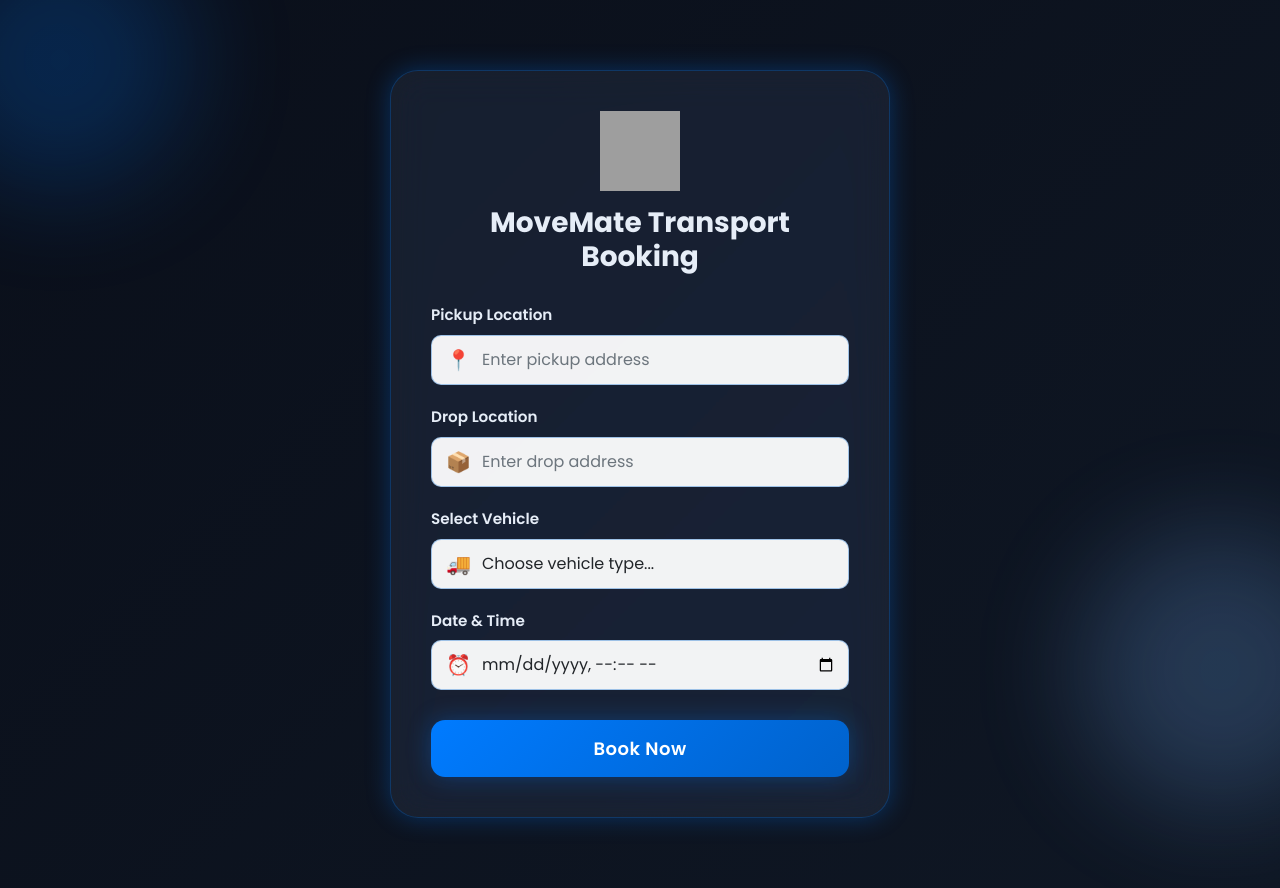
Repository: MoveMate7018/Slokdhorda7014
Page: booking.html
An editor plug-in stored every save of this project. The page is shown before and after the next save, followed by the edit.
The browser window is 1280 px wide. The pictures show the whole page.
Pictures or frames that could not be fetched are drawn as grey boxes.

Above is the page before, as saved 2025-11-19 10:18:54.

### booking.html
<!DOCTYPE html>
<html lang="en">
<head>
  <meta charset="UTF-8" />
  <meta name="viewport" content="width=device-width, initial-scale=1.0" />
  <title>MoveMate - Booking</title>
  <link href="https://cdn.jsdelivr.net/npm/bootstrap@5.0.2/dist/css/bootstrap.min.css" rel="stylesheet" integrity="sha384-EVSTQN3/azprG1Anm3QDgpJLIm9Nao0Yz1ztcQTwFspd3yD65VohhpuuCOmLASjC" crossorigin="anonymous">
  <link href="https://fonts.googleapis.com/css2?family=Poppins:wght@300;400;500;600;700;800&display=swap" rel="stylesheet">
  <style>
    body {
      margin: 0;
      font-family: 'Poppins', sans-serif;
      background: linear-gradient(135deg, #0a0f1a, #0f1724);
      min-height: 100vh;
      overflow-x: hidden;
      position: relative;
      padding: 20px 0;
    }

    .booking-container{
      max-width: 500px;
      width: 100%;
      background: rgba(255, 255, 255, 0.06);
      backdrop-filter: blur(18px) saturate(160%);
      padding: 40px;
      border-radius: 28px;
      border: 1px solid rgba(0, 102, 204, 0.35);
      box-shadow: 0 0 25px rgba(0, 123, 255, 0.3);
      animation: pop 0.4s ease-out forwards;
      margin: 50px auto;
    }

    @keyframes pop {
      from { transform: scale(0.92); opacity: 0; }
      to { transform: scale(1); opacity: 1; }
    }

    .booking-header {
      text-align: center;
      margin-bottom: 30px;
    }

    .booking-header img {
      width: 80px;
      height: 80px;
      margin-bottom: 15px;
    }

    .booking-header h2 {
      color: #e6edf7;
      font-size: 1.75rem;
      font-weight: 700;
      margin-bottom: 0;
    }

    .form-label {
      font-weight: 600;
      color: #e6edf7;
      margin-bottom: 8px;
      font-size: 0.95rem;
    }

    .input-wrapper {
      position: relative;
      margin-bottom: 20px;
    }

    .input-icon {
      position: absolute;
      top: 50%;
      left: 15px;
      transform: translateY(-50%);
      font-size: 20px;
      z-index: 10;
    }

    .form-control,
    .form-select {
      height: 50px;
      padding-left: 50px;
      border-radius: 10px;
      border: 1.5px solid rgba(0,102,204,0.35);
      background: rgba(255, 255, 255, 0.95);
      font-size: 16px;
      transition: all 0.3s ease;
    }

    .form-control:focus,
    .form-select:focus {
      border-color: #007bff;
      box-shadow: 0 0 0 0.2rem rgba(0, 123, 255, 0.25);
      background: white;
    }

    .btn-booking {
      width: 100%;
      padding: 15px;
      background: linear-gradient(135deg, #007bff, #0062cc);
      color: white;
      border: none;
      border-radius: 14px;
      font-size: 18px;
      font-weight: 600;
      cursor: pointer;
      box-shadow: 0 0 25px rgba(0, 123, 255, 0.3);
      letter-spacing: 0.5px;
      transition: all 0.3s ease;
      margin-top: 10px;
    }

    .btn-booking:hover {
      background: linear-gradient(135deg, #0062cc, #174783);
      transform: translateY(-2px);
      box-shadow: 0 5px 30px rgba(0, 123, 255, 0.5);
    }

    .shape {
      position: fixed;
      border-radius: 50%;
      filter: blur(55px);
      opacity: 0.55;
      pointer-events: none;
    }

    .shape1 {
      width: 260px;
      height: 260px;
      background: rgba(0, 123, 255, 0.40);
      top: -70px;
      left: -70px;
    }

    .shape2 {
      width: 280px;
      height: 280px;
      background: rgba(120, 180, 255, 0.40);
      bottom: -90px;
      right: -80px;
    }

    /* Responsive adjustments */
    @media (max-width: 768px) {
      .booking-container {
        padding: 30px 25px;
        margin: 30px 15px;
      }

      .booking-header h2 {
        font-size: 1.5rem;
      }

      .booking-header img {
        width: 70px;
        height: 70px;
      }

      .form-control,
      .form-select {
        height: 48px;
        font-size: 15px;
      }

      .btn-booking {
        font-size: 16px;
        padding: 14px;
      }
    }

    @media (max-width: 576px) {
      body {
        padding: 10px 0;
      }

      .booking-container {
        padding: 25px 20px;
        margin: 20px 10px;
        border-radius: 20px;
      }

      .booking-header h2 {
        font-size: 1.3rem;
      }

      .booking-header img {
        width: 60px;
        height: 60px;
      }

      .form-control,
      .form-select {
        height: 46px;
        font-size: 14px;
        padding-left: 45px;
      }

      .input-icon {
        font-size: 18px;
        left: 12px;
      }

      .btn-booking {
        font-size: 15px;
        padding: 12px;
      }

      .form-label {
        font-size: 0.9rem;
      }
    }
  </style>
</head>
<body>
  <div class="shape shape1"></div>
  <div class="shape shape2"></div>

  <div class="container">
    <div class="row justify-content-center">
      <div class="col-12 col-sm-11 col-md-10 col-lg-8 col-xl-7">
        <div class="booking-container">
          <div class="booking-header">
            <img src="https://img.icons8.com/external-flaticons-lineal-color-flat-icons/100/000000/external-logistics-logistics-flaticons-lineal-color-flat-icons.png" alt="MoveMate Logo" class="img-fluid" />
            <h2>MoveMate Transport Booking</h2>
          </div>

          <form>
            <div class="row">
              <div class="col-12">
                <label for="pickup" class="form-label">Pickup Location</label>
                <div class="input-wrapper">
                  <span class="input-icon">📍</span>
                  <input type="text" class="form-control" id="pickup" placeholder="Enter pickup address" required />
                </div>
              </div>

              <div class="col-12">
                <label for="drop" class="form-label">Drop Location</label>
                <div class="input-wrapper">
                  <span class="input-icon">📦</span>
                  <input type="text" class="form-control" id="drop" placeholder="Enter drop address" required />
                </div>
              </div>

              <div class="col-12">
                <label for="vehicle" class="form-label">Select Vehicle</label>
                <div class="input-wrapper">
                  <span class="input-icon">🚚</span>
                  <select class="form-select" id="vehicle" required>
                    <option value="">Choose vehicle type...</option>
                    <option value="mini-truck">Mini Truck</option>
                    <option value="pickup-van">Pickup Van</option>
                    <option value="3-wheeler">Loader 3-Wheeler</option>
                    <option value="tempo">Tempo</option>
                  </select>
                </div>
              </div>

              <div class="col-12">
                <label for="datetime" class="form-label">Date & Time</label>
                <div class="input-wrapper">
                  <span class="input-icon">⏰</span>
                  <input type="datetime-local" class="form-control" id="datetime" required />
                </div>
              </div>

              <div class="col-12">
                <button type="submit" class="btn btn-booking">Book Now</button>
              </div>
            </div>
          </form>
        </div>
      </div>
    </div>
  </div>

  <script src="https://cdn.jsdelivr.net/npm/bootstrap@5.0.2/dist/js/bootstrap.bundle.min.js" integrity="sha384-MrcW6ZMFYlzcLA8Nl+NtUVF0sA7MsXsP1UyJoMp4YLEuNSfAP+JcXn/tWtIaxVXM" crossorigin="anonymous"></script>
</body>
</html>

After the next save:
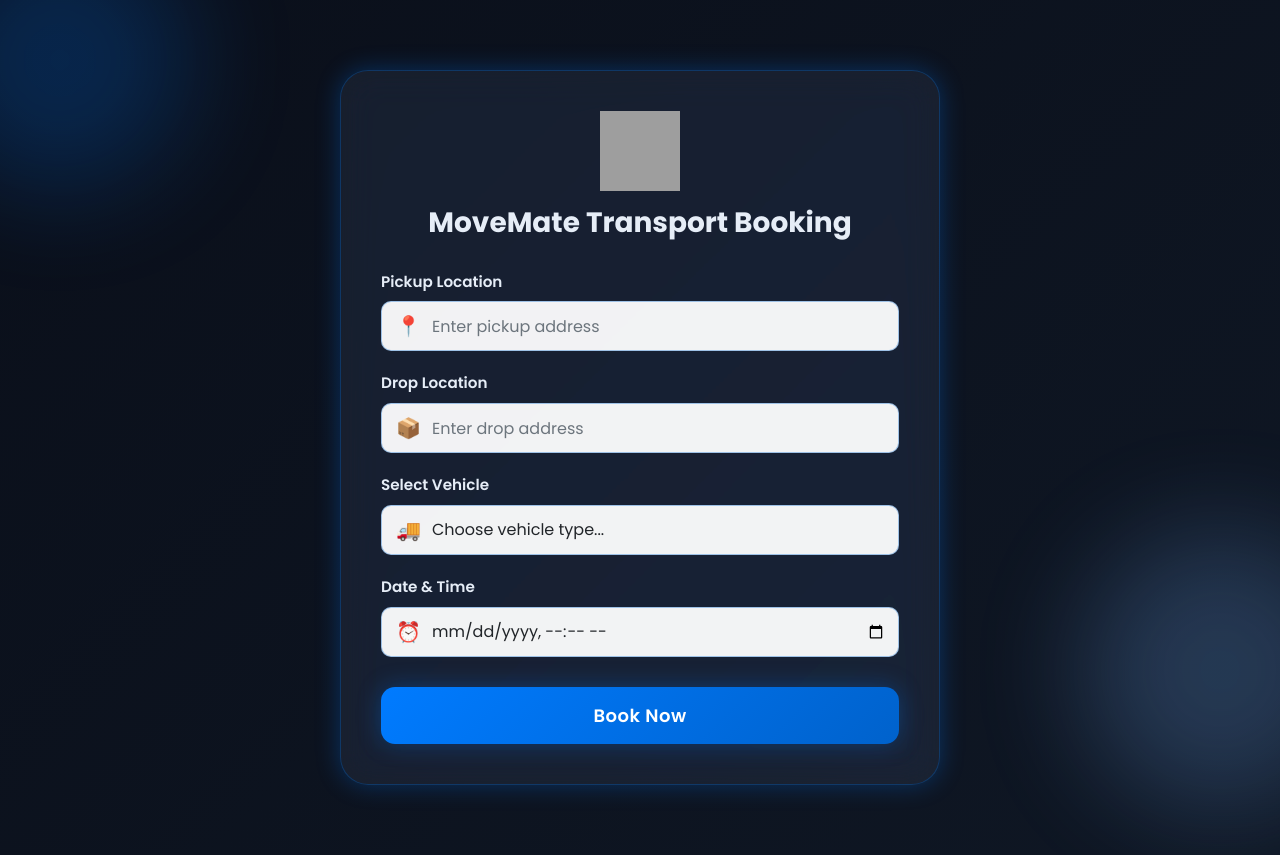
Saved 37 s later.
--- a/booking.html
+++ b/booking.html
@@ -18,7 +18,7 @@
     }
 
     .booking-container{
-      max-width: 500px;
+      max-width: 600px;
       width: 100%;
       background: rgba(255, 255, 255, 0.06);
       backdrop-filter: blur(18px) saturate(160%);
